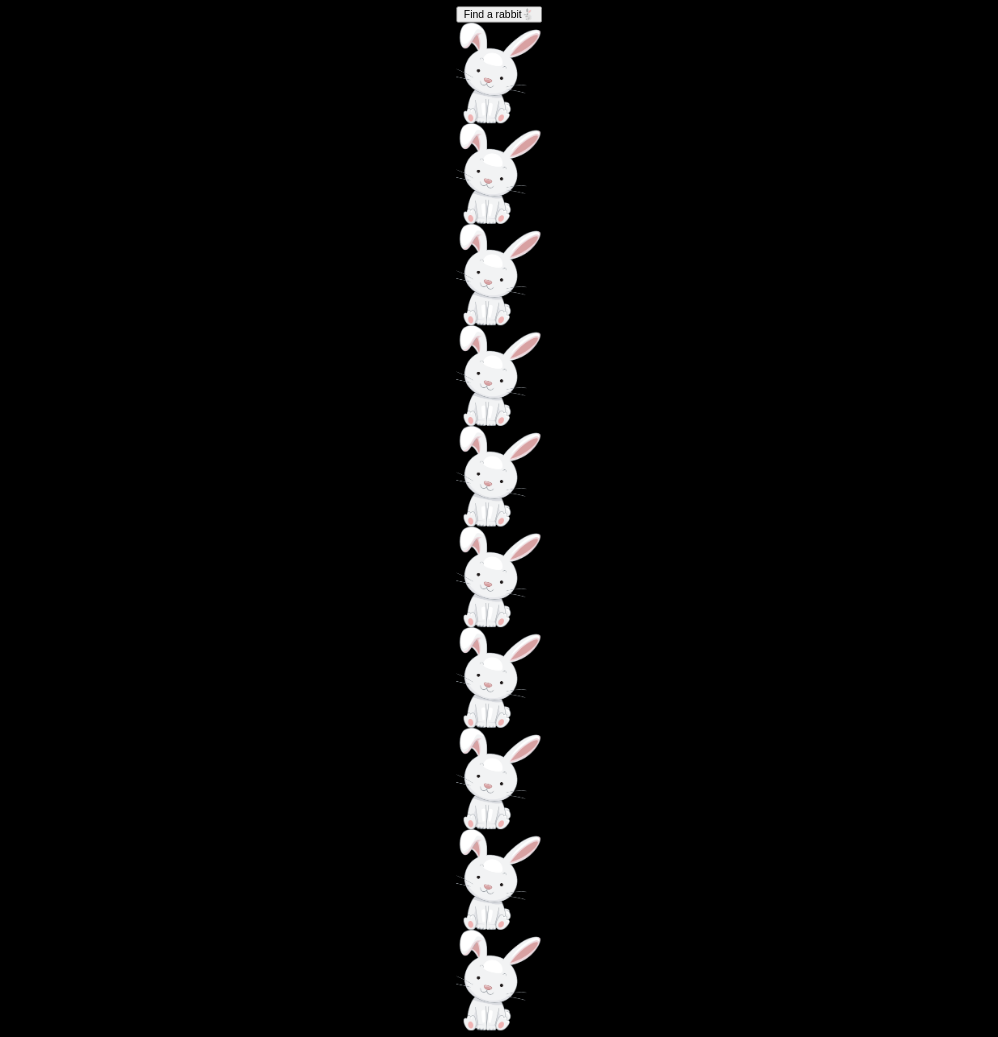
Repository: dhchun1203/browser-practice-works-
Page: rabbits/index.html
These files come from the project's save history. The page is drawn as it stood at one moment and after the next save; the edit follows.
The browser window is 1280 px wide. The pictures show the whole page, at 78% of full size.

Above is the page before, as saved 2021-01-04 12:09:10.

After the next save:
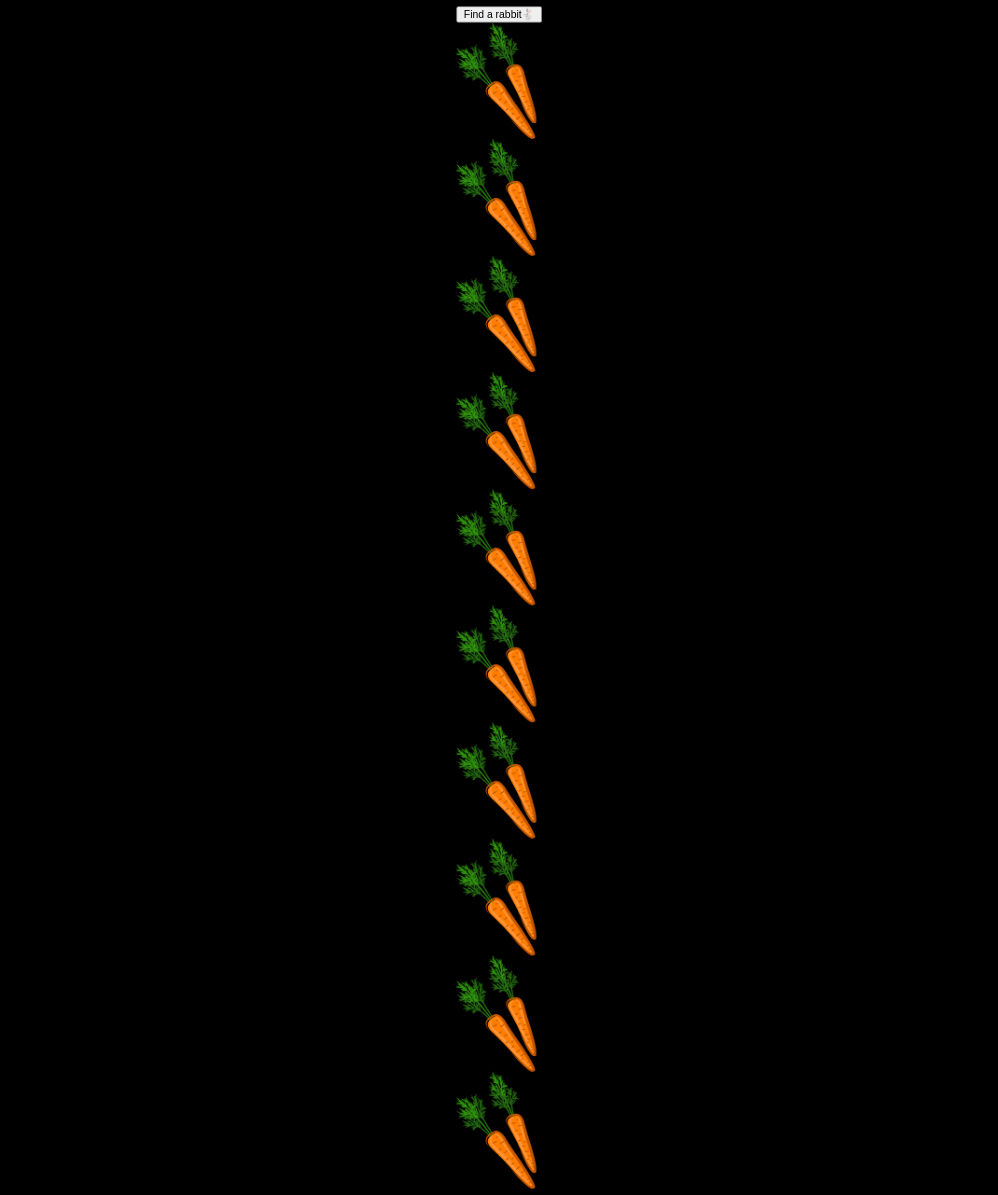
Saved 25 s later.
--- a/rabbits/index.html
+++ b/rabbits/index.html
@@ -21,16 +21,16 @@
 	</head>
 	<body>
 		<button>Find a rabbit🐇</button>
-		<img src="img/rabbit.png" alt="" />
-		<img src="img/rabbit.png" alt="" />
-		<img src="img/rabbit.png" alt="" />
-		<img src="img/rabbit.png" alt="" />
-		<img src="img/rabbit.png" alt="" />
-		<img src="img/rabbit.png" alt="" />
-		<img src="img/rabbit.png" alt="" />
-		<img src="img/rabbit.png" alt="" />
-		<img src="img/rabbit.png" alt="" />
-		<img src="img/rabbit.png" alt="" />
+		<img src="img/carrot.png" alt="" />
+		<img src="img/carrot.png" alt="" />
+		<img src="img/carrot.png" alt="" />
+		<img src="img/carrot.png" alt="" />
+		<img src="img/carrot.png" alt="" />
+		<img src="img/carrot.png" alt="" />
+		<img src="img/carrot.png" alt="" />
+		<img src="img/carrot.png" alt="" />
+		<img src="img/carrot.png" alt="" />
+		<img src="img/carrot.png" alt="" />
 		<script></script>
 	</body>
 </html>
